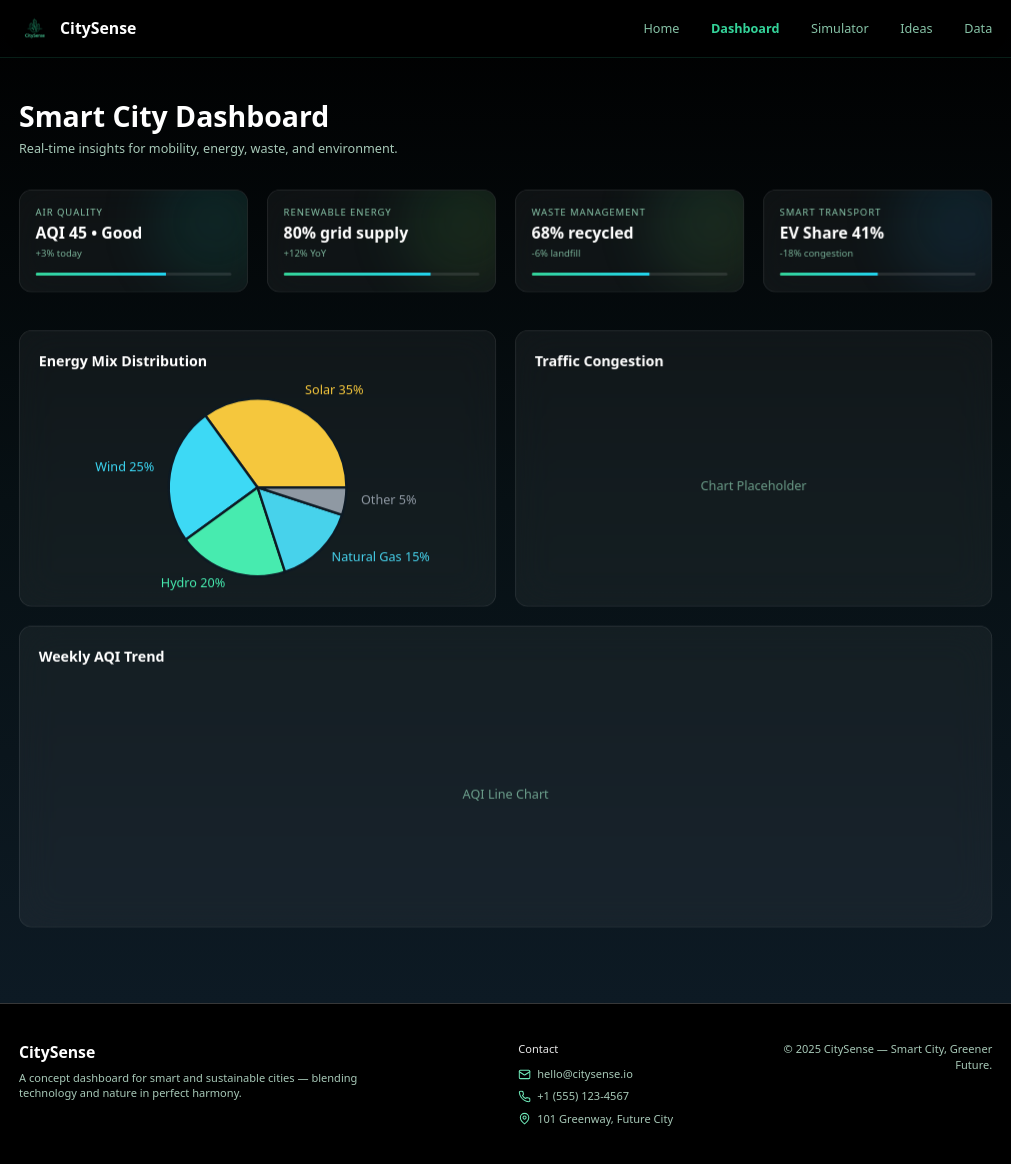
Repository: crashyet/CitySense
Page: /dashboard
An editor plug-in stored every save of this project. The page is shown before and after a run of saves, followed by the edit.
The browser window is 1280 px wide. The pictures show the whole page, at 79% of full size.
The project was rebuilt for these pictures with package versions that can differ from the ones it lists, and the page was loaded fresh each time. Also part of the build but not shown: vite.config.js, src/pages/landing/Hero.jsx, src/pages/landing/DashboardPreview.jsx, src/pages/landing/Infographic.jsx, src/pages/landing/Community.jsx, src/pages/landing/index.jsx, src/pages/Simulator/index.jsx, src/pages/Ideas/index.jsx and 1 more.

Above is the page before, as saved 2025-11-16 23:18:32.

### src/App.jsx
import { Routes, Route } from "react-router-dom";

import Landing from "./pages/landing";
import Dashboard from "./pages/Dashboardpack";
import Simulator from "./pages/Simulator";
import Ideas from "./pages/Ideas";
import DataPage from "./pages/Data";

export default function App() {
  return (
    <Routes>
      <Route path="/" element={<Landing />} />
      <Route path="/dashboard" element={<Dashboard />} />
      <Route path="/simulator" element={<Simulator />} />
      <Route path="/ideas" element={<Ideas />} />
      <Route path="/data" element={<DataPage />} />
    </Routes>
  );
}

### src/pages/Dashboardpack/index.jsx
import Navbar from "../../components/Navbar";
import Footer from "../../components/Footer";
import EnergyPieChart from "../../components/EnergyPieChart";

export default function Dashboardpack() {
  return (
    <>
      <Navbar />

      <div className="relative w-full bg-gradient-to-b from-black via-[#071014] to-[#0d1a24] text-white pb-24 pt-32">
        <div className="mx-auto max-w-7xl px-6">

          {/* Header */}
          <div className="mb-10">
            <h1 className="text-3xl md:text-4xl font-semibold">Smart City Dashboard</h1>
            <p className="text-emerald-100/80 mt-2">
              Real-time insights for mobility, energy, waste, and environment.
            </p>
          </div>

          {/* Top Stats */}
          <div className="grid grid-cols-1 md:grid-cols-2 lg:grid-cols-4 gap-6 mb-12">

            {/* CARD 1 */}
            <div className="group relative overflow-hidden rounded-2xl border border-white/10 bg-white/5 p-5 backdrop-blur-xl transition hover:border-emerald-300/40">
              <div className="absolute -right-10 -top-10 h-40 w-40 rounded-full bg-gradient-to-br
              from-cyan-500/30 to-emerald-500/30 opacity-40 blur-2xl" />

              <div className="relative">
                <p className="text-xs uppercase tracking-widest text-emerald-200/80">Air Quality</p>
                <p className="mt-1 text-xl font-semibold">AQI 45 • Good</p>
                <p className="text-xs text-emerald-200/70 mt-1">+3% today</p>
                <div className="mt-4 h-1 w-full bg-white/10 rounded-full overflow-hidden">
                  <div className="h-full w-2/3 bg-gradient-to-r from-emerald-400 to-cyan-400"></div>
                </div>
              </div>
            </div>

            {/* CARD 2 */}
            <div className="group relative overflow-hidden rounded-2xl border border-white/10 bg-white/5 p-5 backdrop-blur-xl transition hover:border-emerald-300/40">
              <div className="absolute -right-10 -top-10 h-40 w-40 rounded-full bg-gradient-to-br
              from-emerald-500/30 to-lime-400/30 opacity-40 blur-2xl" />

              <div className="relative">
                <p className="text-xs uppercase tracking-widest text-emerald-200/80">Renewable Energy</p>
                <p className="mt-1 text-xl font-semibold">80% grid supply</p>
                <p className="text-xs text-emerald-200/70 mt-1">+12% YoY</p>
                <div className="mt-4 h-1 w-full bg-white/10 rounded-full overflow-hidden">
                  <div className="h-full w-3/4 bg-gradient-to-r from-emerald-400 to-cyan-400"></div>
                </div>
              </div>
            </div>

            {/* CARD 3 */}
            <div className="group relative overflow-hidden rounded-2xl border border-white/10 bg-white/5 p-5 backdrop-blur-xl transition hover:border-emerald-300/40">
              <div className="absolute -right-10 -top-10 h-40 w-40 rounded-full bg-gradient-to-br
              from-teal-400/30 to-lime-400/30 opacity-40 blur-2xl" />

              <div className="relative">
                <p className="text-xs uppercase tracking-widest text-emerald-200/80">Waste Management</p>
                <p className="mt-1 text-xl font-semibold">68% recycled</p>
                <p className="text-xs text-emerald-200/70 mt-1">-6% landfill</p>
                <div className="mt-4 h-1 w-full bg-white/10 rounded-full overflow-hidden">
                  <div className="h-full w-3/5 bg-gradient-to-r from-emerald-400 to-cyan-400"></div>
                </div>
              </div>
            </div>

            {/* CARD 4 */}
            <div className="group relative overflow-hidden rounded-2xl border border-white/10 bg-white/5 p-5 backdrop-blur-xl transition hover:border-emerald-300/40">
              <div className="absolute -right-10 -top-10 h-40 w-40 rounded-full bg-gradient-to-br
              from-cyan-500/30 to-blue-500/30 opacity-40 blur-2xl" />

              <div className="relative">
                <p className="text-xs uppercase tracking-widest text-emerald-200/80">Smart Transport</p>
                <p className="mt-1 text-xl font-semibold">EV Share 41%</p>
                <p className="text-xs text-emerald-200/70 mt-1">-18% congestion</p>
                <div className="mt-4 h-1 w-full bg-white/10 rounded-full overflow-hidden">
                  <div className="h-full w-1/2 bg-gradient-to-r from-emerald-400 to-cyan-400"></div>
                </div>
              </div>
            </div>
          </div>

          {/* 2 Column Charts */}
          <div className="grid grid-cols-1 md:grid-cols-2 gap-6">

            {/* ENERGY DISTRIBUTION */}
            <div className="rounded-2xl border border-white/10 bg-white/5 p-6 backdrop-blur-xl md:col-span-1">
              <h3 className="text-lg font-semibold mb-4">Energy Mix Distribution</h3>

              <div className="h-64">
                <EnergyPieChart />
              </div>
            </div>

            {/* TRAFFIC */}
            <div className="rounded-2xl border border-white/10 bg-white/5 p-6 backdrop-blur-xl">
              <h3 className="text-lg font-semibold mb-4">Traffic Congestion</h3>
              <div className="h-64 flex items-center justify-center text-emerald-200/60">
                Chart Placeholder
              </div>
            </div>

            {/* WEEKLY AQI */}
            <div className="rounded-2xl border border-white/10 bg-white/5 p-6 backdrop-blur-xl md:col-span-2">
              <h3 className="text-lg font-semibold mb-4">Weekly AQI Trend</h3>
              <div className="h-72 flex items-center justify-center text-emerald-200/60">
                AQI Line Chart
              </div>
            </div>

          </div>
        </div>
      </div>

      <Footer />
    </>
  );
}

### src/components/Navbar.jsx
import { NavLink } from "react-router-dom";
import { useState } from "react";
import Logo from "../assets/logo.png"; // sesuaikan path logo

export default function Navbar() {
  const [open, setOpen] = useState(false);

  const linkClass = ({ isActive }) =>
    isActive
      ? "text-emerald-400 font-semibold"
      : "text-emerald-200/80 hover:text-white";

  return (
    <header className="fixed w-full z-50 bg-black/40 backdrop-blur-xl border-b border-emerald-400/20 px-6 py-4">
      <div className="max-w-7xl mx-auto flex justify-between items-center">

        {/* LOGO */}
        <NavLink to="/" className="flex items-center gap-3">
          <img src={Logo} className="w-10 h-10" />
          <span className="text-xl text-white font-semibold">CitySense</span>
        </NavLink>

        {/* DESKTOP NAV */}
        <nav className="hidden md:flex gap-10">
          <NavLink to="/" className={linkClass}>Home</NavLink>
          <NavLink to="/dashboard" className={linkClass}>Dashboard</NavLink>
          <NavLink to="/simulator" className={linkClass}>Simulator</NavLink>
          <NavLink to="/ideas" className={linkClass}>Ideas</NavLink>
          <NavLink to="/data" className={linkClass}>Data</NavLink>
        </nav>

        {/* MOBILE BUTTON */}
        <button className="md:hidden text-white" onClick={() => setOpen(!open)}>
          {open ? "✖" : "☰"}
        </button>
      </div>

      {/* MOBILE NAV */}
      {open && (
        <div className="md:hidden bg-black/60 backdrop-blur-lg px-6 pb-4 flex flex-col gap-3">
          <NavLink onClick={() => setOpen(false)} to="/" className="text-white">Home</NavLink>
          <NavLink onClick={() => setOpen(false)} to="/dashboard" className="text-white">Dashboard</NavLink>
          <NavLink onClick={() => setOpen(false)} to="/simulator" className="text-white">Simulator</NavLink>
          <NavLink onClick={() => setOpen(false)} to="/ideas" className="text-white">Ideas</NavLink>
          <NavLink onClick={() => setOpen(false)} to="/data" className="text-white">Data</NavLink>
        </div>
      )}
    </header>
  );
}

### src/components/Footer.jsx
import React from "react";

const Footer = () => {
  return (
    <footer id="contact" className="relative w-full bg-black text-white">
      <div className="mx-auto max-w-7xl px-6 py-12">

        <div className="grid grid-cols-1 gap-8 md:grid-cols-4">

          {/* Brand */}
          <div className="col-span-2">
            <h4 className="text-xl font-semibold">CitySense</h4>
            <p className="mt-2 max-w-md text-sm text-emerald-100/80">
              A concept dashboard for smart and sustainable cities — blending
              technology and nature in perfect harmony.
            </p>
          </div>

          {/* Contact */}
          <div>
            <p className="text-sm font-medium text-white/90">Contact</p>
            <ul className="mt-3 space-y-2 text-sm text-emerald-100/80">

              <li className="flex items-center gap-2">
                <svg xmlns="http://www.w3.org/2000/svg" width="24" height="24"
                  viewBox="0 0 24 24" fill="none" stroke="currentColor"
                  strokeWidth="2" strokeLinecap="round" strokeLinejoin="round"
                  className="lucide lucide-mail h-4 w-4 text-emerald-300">
                  <rect width="20" height="16" x="2" y="4" rx="2"></rect>
                  <path d="m22 7-8.97 5.7a1.94 1.94 0 0 1-2.06
                    0L2 7"></path>
                </svg>
                hello@citysense.io
              </li>

              <li className="flex items-center gap-2">
                <svg xmlns="http://www.w3.org/2000/svg" width="24" height="24"
                  viewBox="0 0 24 24" fill="none" stroke="currentColor"
                  strokeWidth="2" strokeLinecap="round" strokeLinejoin="round"
                  className="lucide lucide-phone h-4 w-4 text-emerald-300">
                  <path d="M22 16.92v3a2 2 0 0 1-2.18
                    2 19.79 19.79 0 0 1-8.63-3.07 19.5
                    19.5 0 0 1-6-6 19.79 19.79 0 0
                    1-3.07-8.67A2 2 0 0 1 4.11 2h3a2
                    2 0 0 1 2 1.72 12.84 12.84 0 0
                    0 .7 2.81 2 2 0 0 1-.45
                    2.11L8.09 9.91a16 16 0 0 0 6
                    6l1.27-1.27a2 2 0 0 1 2.11-.45
                    12.84 12.84 0 0 0 2.81.7A2
                    2 0 0 1 22 16.92z"></path>
                </svg>
                +1 (555) 123-4567
              </li>

              <li className="flex items-center gap-2">
                <svg xmlns="http://www.w3.org/2000/svg" width="24" height="24"
                  viewBox="0 0 24 24" fill="none" stroke="currentColor"
                  strokeWidth="2" strokeLinecap="round" strokeLinejoin="round"
                  className="lucide lucide-map-pin h-4 w-4 text-emerald-300">
                  <path d="M20 10c0 6-8 12-8
                    12s-8-6-8-12a8 8 0 0 1
                    16 0Z"></path>
                  <circle cx="12" cy="10" r="3"></circle>
                </svg>
                101 Greenway, Future City
              </li>

            </ul>
          </div>

          {/* Copyright */}
          <div className="md:text-right">
            <p className="text-sm text-emerald-100/80">
              © 2025 CitySense — Smart City, Greener Future.
            </p>
          </div>

        </div>
      </div>
    </footer>
  );
};

export default Footer;

### src/components/EnergyPieChart.jsx
import { PieChart, Pie, Cell, Tooltip, ResponsiveContainer } from "recharts";

const data = [
  { name: "Solar", value: 35, color: "hsl(45 90% 60%)" },
  { name: "Wind", value: 25, color: "hsl(189 90% 60%)" },
  { name: "Hydro", value: 20, color: "hsl(158 80% 60%)" },
  { name: "Natural Gas", value: 15, color: "hsl(189 80% 60%)" },
  { name: "Other", value: 5, color: "hsl(210 10% 60%)" },
];

export default function EnergyPieChart() {
  return (
    <div className="w-full h-[260px] flex items-center justify-center">
      <ResponsiveContainer width="100%" height="100%">
        <PieChart>
          <Pie
            data={data}
            dataKey="value"
            nameKey="name"
            cx="50%"
            cy="50%"
            outerRadius="90%"
            stroke="#0d1a24"     // darker outline → modern look
            strokeWidth={3}
            paddingAngle={0}     // spacing antar sektor (lebih elegan)
            label={({ name, value }) => `${name} ${value}%`}
            labelLine={false}    // tanpa garis — lebih bersih
          >
            {data.map((entry, index) => (
              <Cell key={index} fill={entry.color} />
            ))}
          </Pie>

          {/* Tooltip modern dengan glassmorphism */}
          <Tooltip
            contentStyle={{
              background: "rgba(0,0,0,0.4)",
              border: "1px solid rgba(255,255,255,0.15)",
              backdropFilter: "blur(6px)",
              color: "#fff",
              borderRadius: "10px",
              padding: "8px 12px",
              fontSize: "14px",
            }}
            itemStyle={{ color: "#fff" }}
          />
        </PieChart>
      </ResponsiveContainer>
    </div>
  );
}

Loaded but not shown: index.html (common file); src/main.jsx (common file); src/index.css (common file); tailwind.config.js (common file)

After the next 4 saves:
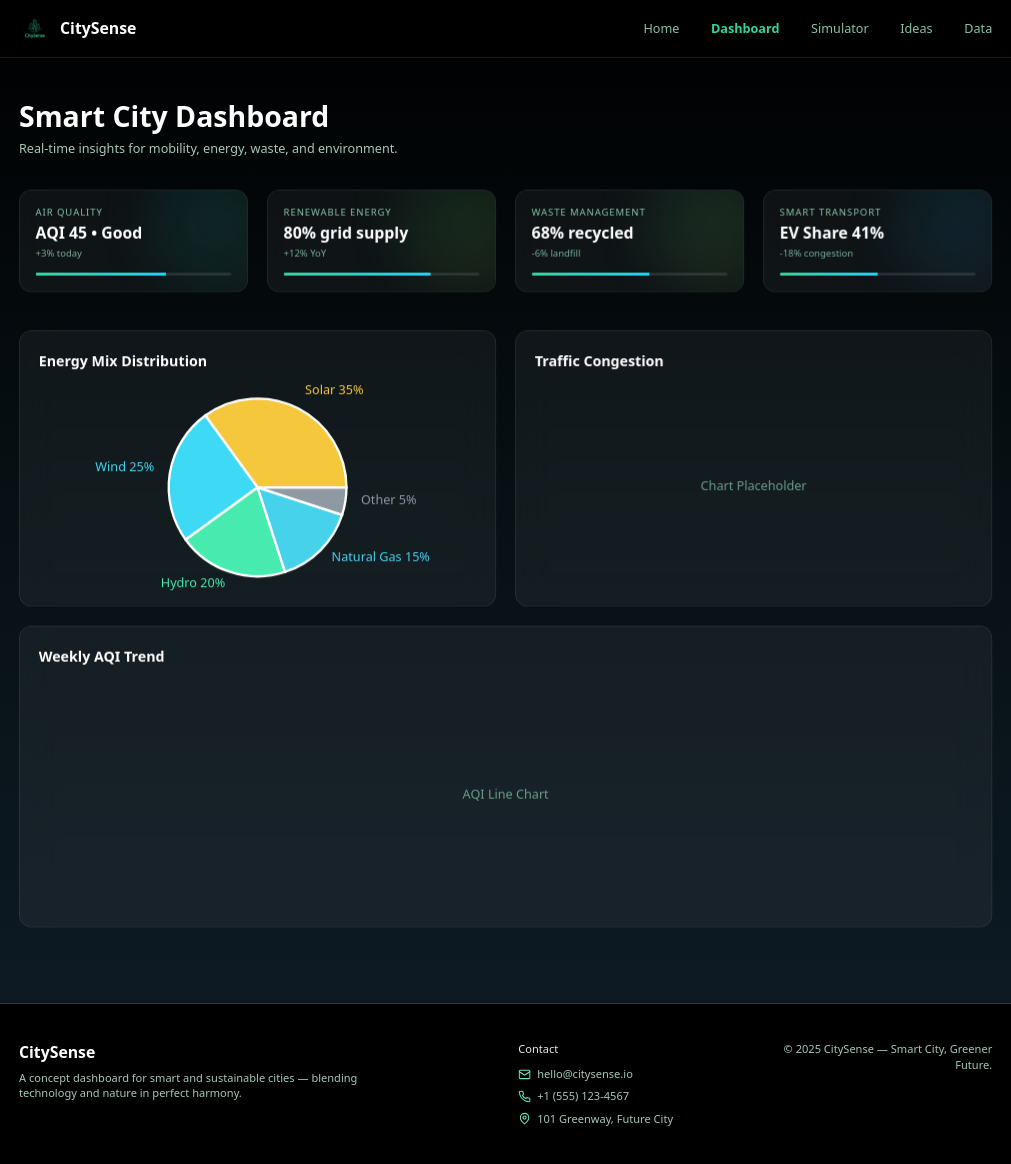
The 4 saves are shown as one change because they came seconds apart.
The last was saved 11 s later.
--- a/src/components/EnergyPieChart.jsx
+++ b/src/components/EnergyPieChart.jsx
@@ -20,7 +20,7 @@ export default function EnergyPieChart() {
             cx="50%"
             cy="50%"
             outerRadius="90%"
-            stroke="#0d1a24"     // darker outline → modern look
+            stroke="#ffff"     // darker outline → modern look
             strokeWidth={3}
             paddingAngle={0}     // spacing antar sektor (lebih elegan)
             label={({ name, value }) => `${name} ${value}%`}
